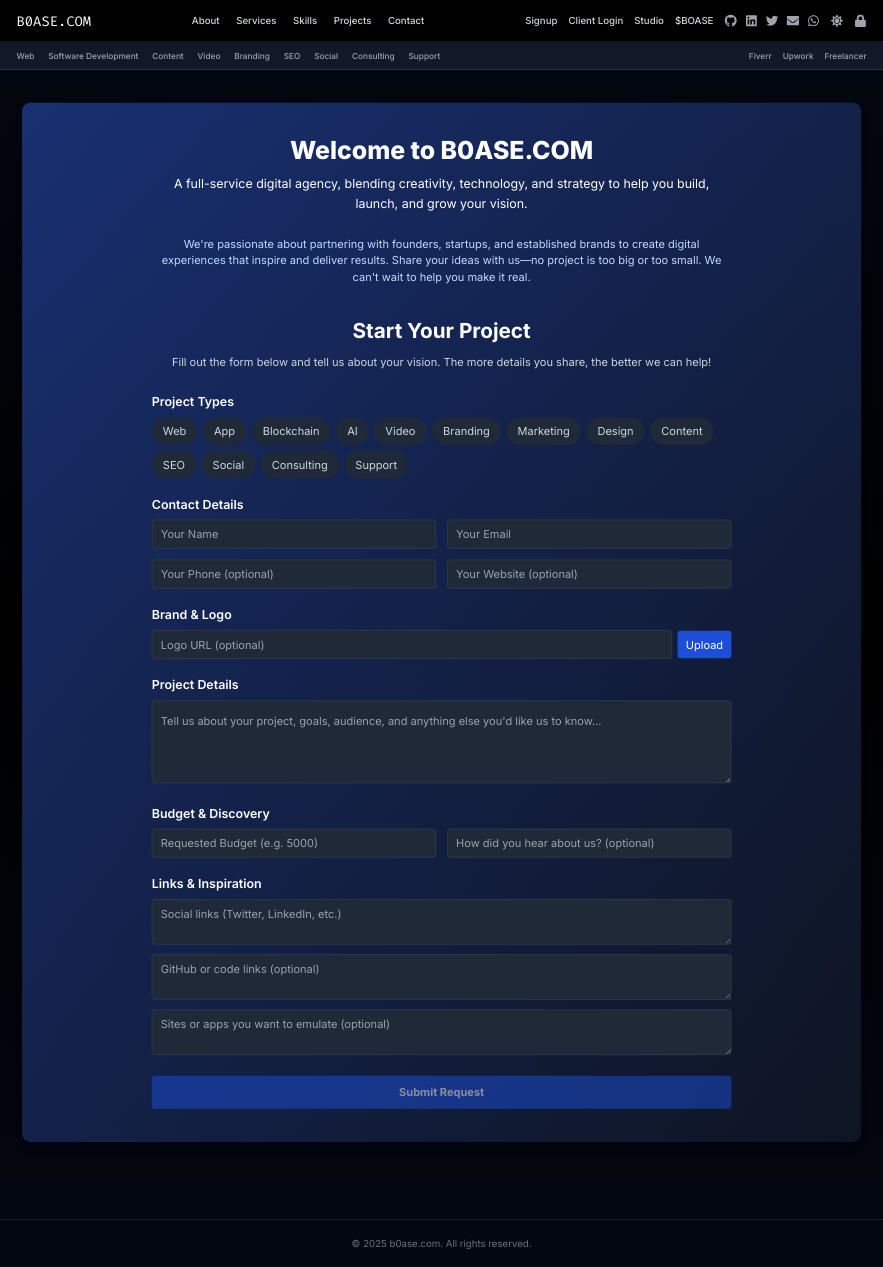
Repository: b0ase/rafskitchen
Page: /signup
An editor plug-in stored every save of this project. The page is shown before and after the next save, followed by the edit.
The browser window is 1280 px wide. The pictures show the whole page, at 69% of full size.
The page's requests for data from a server got no answer. The project was rebuilt for these pictures with package versions that can differ from the ones it lists, and the page was loaded fresh each time. The framework's server and built-in components were replaced by stand-ins that run in the browser. No one was signed in, and anything a server would have sent is missing. Also part of the build but not shown: next.config.js.

Above is the page before, as saved 2025-05-04 11:14:50.

After the next save:
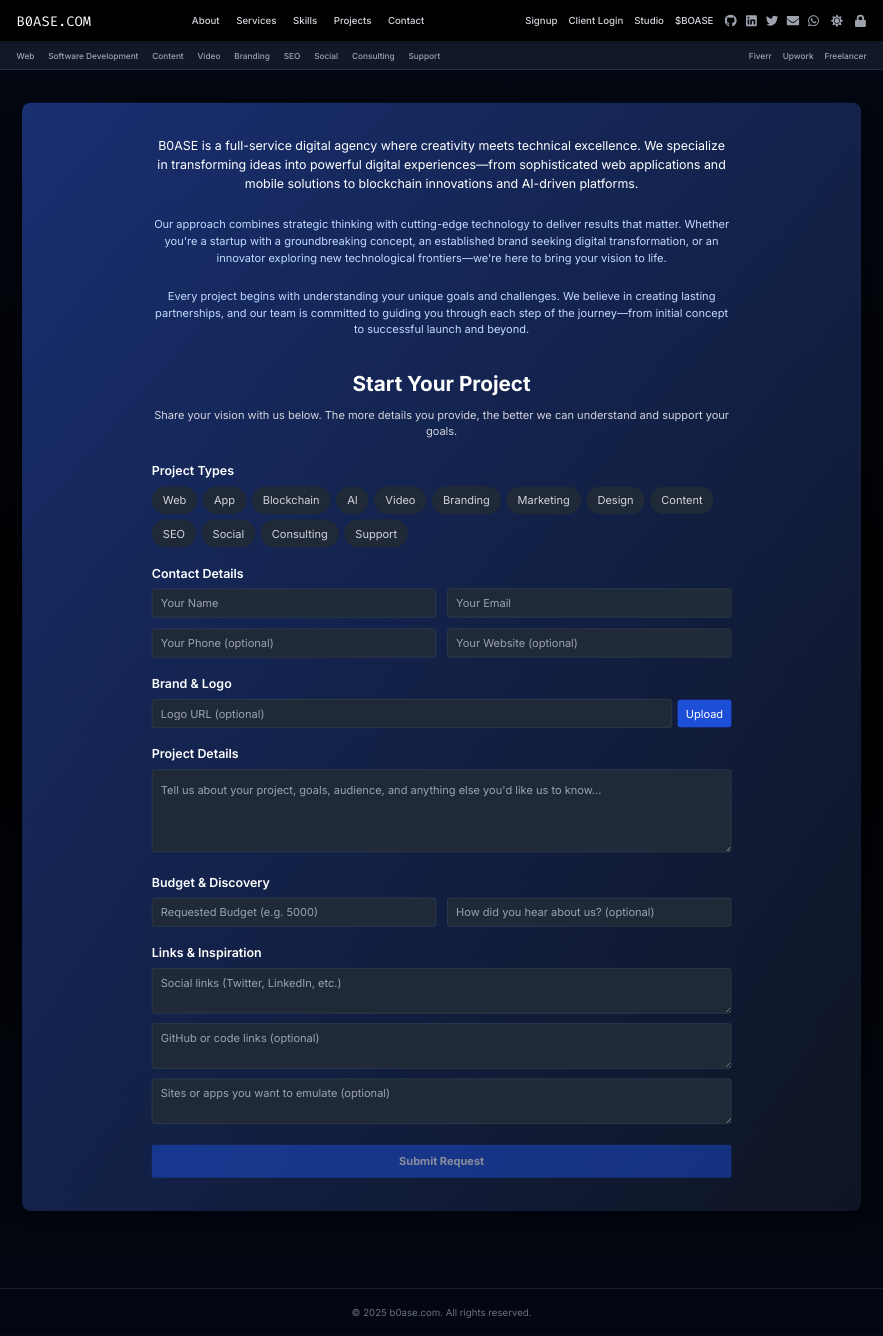
Saved 107 s later.
--- a/app/signup/page.tsx
+++ b/app/signup/page.tsx
@@ -5,15 +5,17 @@
     <div className="w-full max-w-none mx-auto my-12 px-2 md:px-8">
       <section className="w-full bg-gradient-to-br from-blue-900/80 to-gray-900/80 rounded-xl shadow-lg p-4 md:p-12 text-white">
         <div className="w-3/4 mx-auto text-center mb-12">
-          <h1 className="text-4xl font-extrabold mb-4">Welcome to B0ASE.COM</h1>
-          <p className="text-lg mb-8">A full-service digital agency, blending creativity, technology, and strategy to help you build, launch, and grow your vision.</p>
-          <p className="text-md text-blue-200">We're passionate about partnering with founders, startups, and established brands to create digital experiences that inspire and deliver results. Share your ideas with us—no project is too big or too small. We can't wait to help you make it real.</p>
+          <p className="text-lg mb-8">B0ASE is a full-service digital agency where creativity meets technical excellence. We specialize in transforming ideas into powerful digital experiences—from sophisticated web applications and mobile solutions to blockchain innovations and AI-driven platforms.</p>
+
+          <p className="text-md text-blue-200 mb-8">Our approach combines strategic thinking with cutting-edge technology to deliver results that matter. Whether you're a startup with a groundbreaking concept, an established brand seeking digital transformation, or an innovator exploring new technological frontiers—we're here to bring your vision to life.</p>
+
+          <p className="text-md text-blue-200">Every project begins with understanding your unique goals and challenges. We believe in creating lasting partnerships, and our team is committed to guiding you through each step of the journey—from initial concept to successful launch and beyond.</p>
         </div>
 
         <div className="w-3/4 mx-auto">
           <h2 className="text-3xl font-bold mb-4 text-center">Start Your Project</h2>
           <p className="text-gray-300 text-center mb-8">
-            Fill out the form below and tell us about your vision. The more details you share, the better we can help!
+            Share your vision with us below. The more details you provide, the better we can understand and support your goals.
           </p>
           <ClientSignupForm />
         </div>
